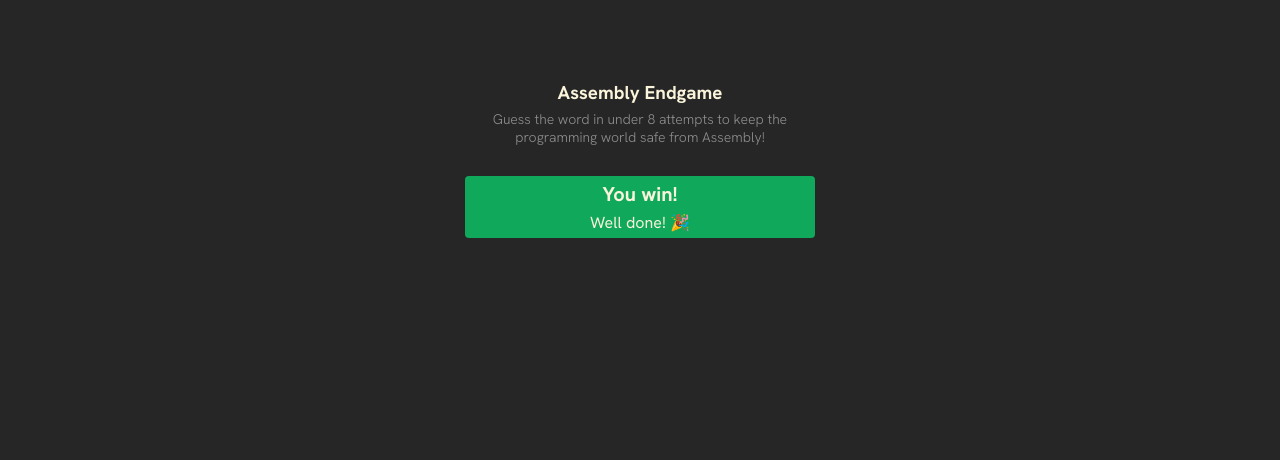
Repository: AchrafAzzaoui/AssemblyEndgame
Page: / (app in assembly-endgame/)
These files come from the project's save history. The page is drawn as it stood at one moment and after the next save; the edit follows.
The browser window is 1280 px wide. The pictures show the whole page.
The project was rebuilt for these pictures with package versions that can differ from the ones it lists, and the page was loaded fresh each time. Also part of the build but not shown: assembly-endgame/vite.config.js.

Above is the page before, as saved 2024-12-25 12:34:38.

After the next save:
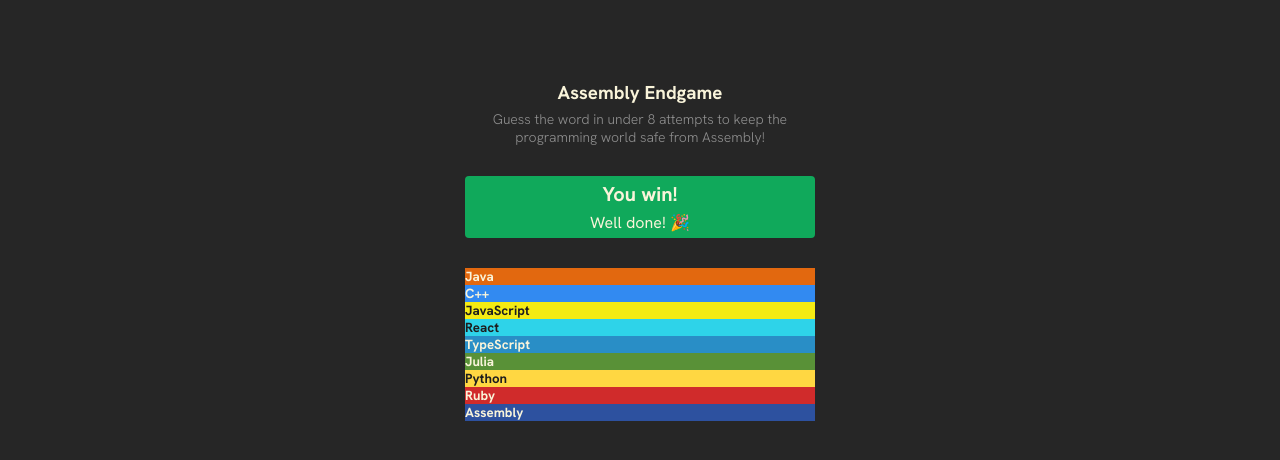
Saved 41 s later.
--- a/assembly-endgame/src/components/LanguageTags.jsx
+++ b/assembly-endgame/src/components/LanguageTags.jsx
@@ -4,12 +4,14 @@
 export default function LanguageTags() {
   const languageTags = languages.map((language) => {
     const { name, backgroundColor, color } = language;
-    <div
-      className="language-tag"
-      style={{ backgroundColor: backgroundColor, color: color }}
-    >
-      <h5>{name}</h5>
-    </div>;
+    return (
+      <div
+        className="language-tag"
+        style={{ backgroundColor: backgroundColor, color: color }}
+      >
+        <h5>{name}</h5>
+      </div>
+    );
   });
   return <div className="language-tags-container">{languageTags}</div>;
 }
